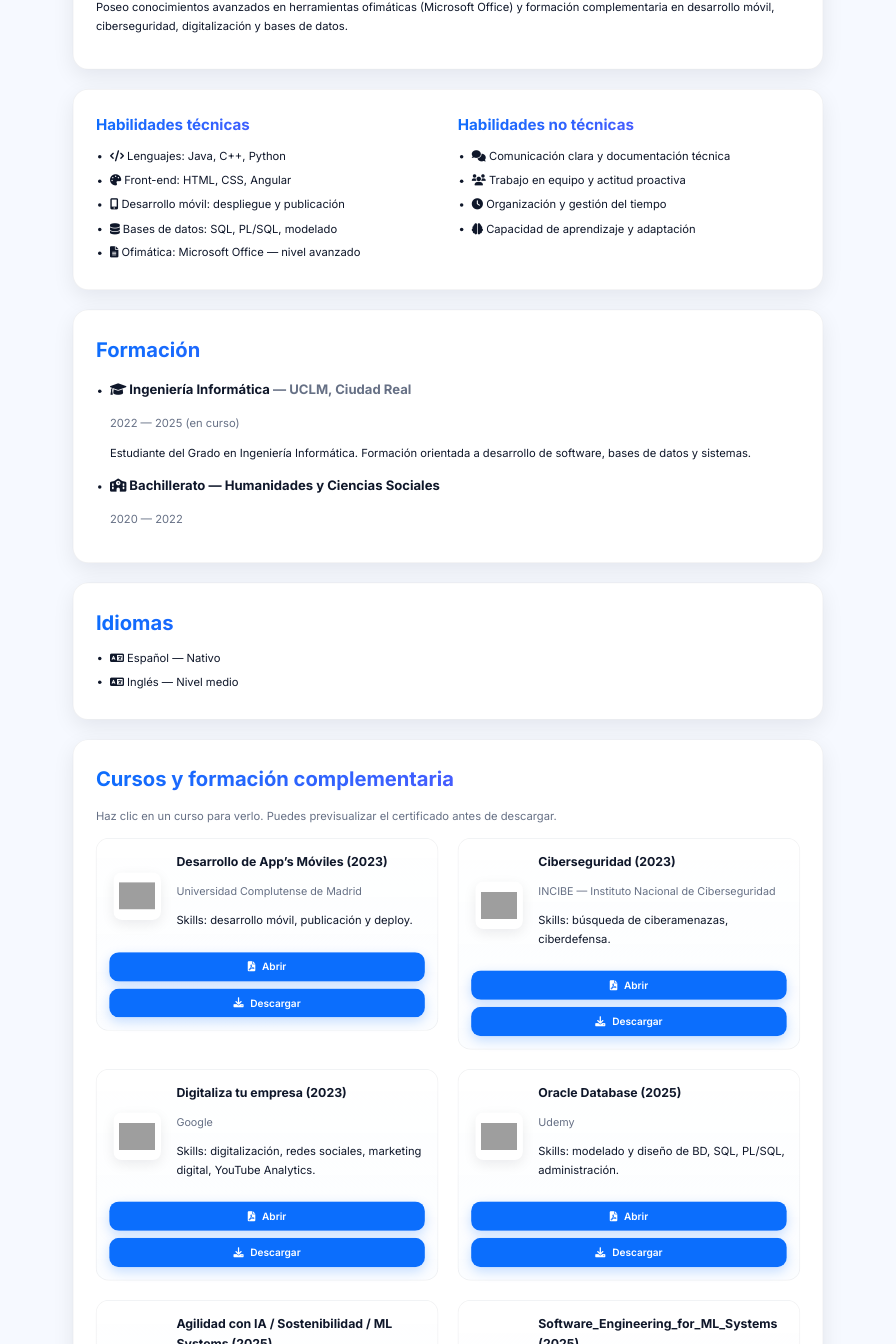
Repository: SantiagoSanchez-CeleminArevalo/Portfolio_SantiagoSanchez-CeleminArevalo
Page: docs/index.html
These files come from the project's save history. The page is drawn as it stood at one moment and after the next save; the edit follows.
The browser window is 1280 px wide. The pictures show the part of the page from y = 955 to 2875 px (the page is 4477 px tall before and 4677 px after), at 70% of full size.
Pictures or frames that could not be fetched are drawn as grey boxes.

Above is the page before, as saved 2025-12-05 13:13:10.
Console error: TypeError: Cannot read properties of null (reading 'classList')

After the next save:
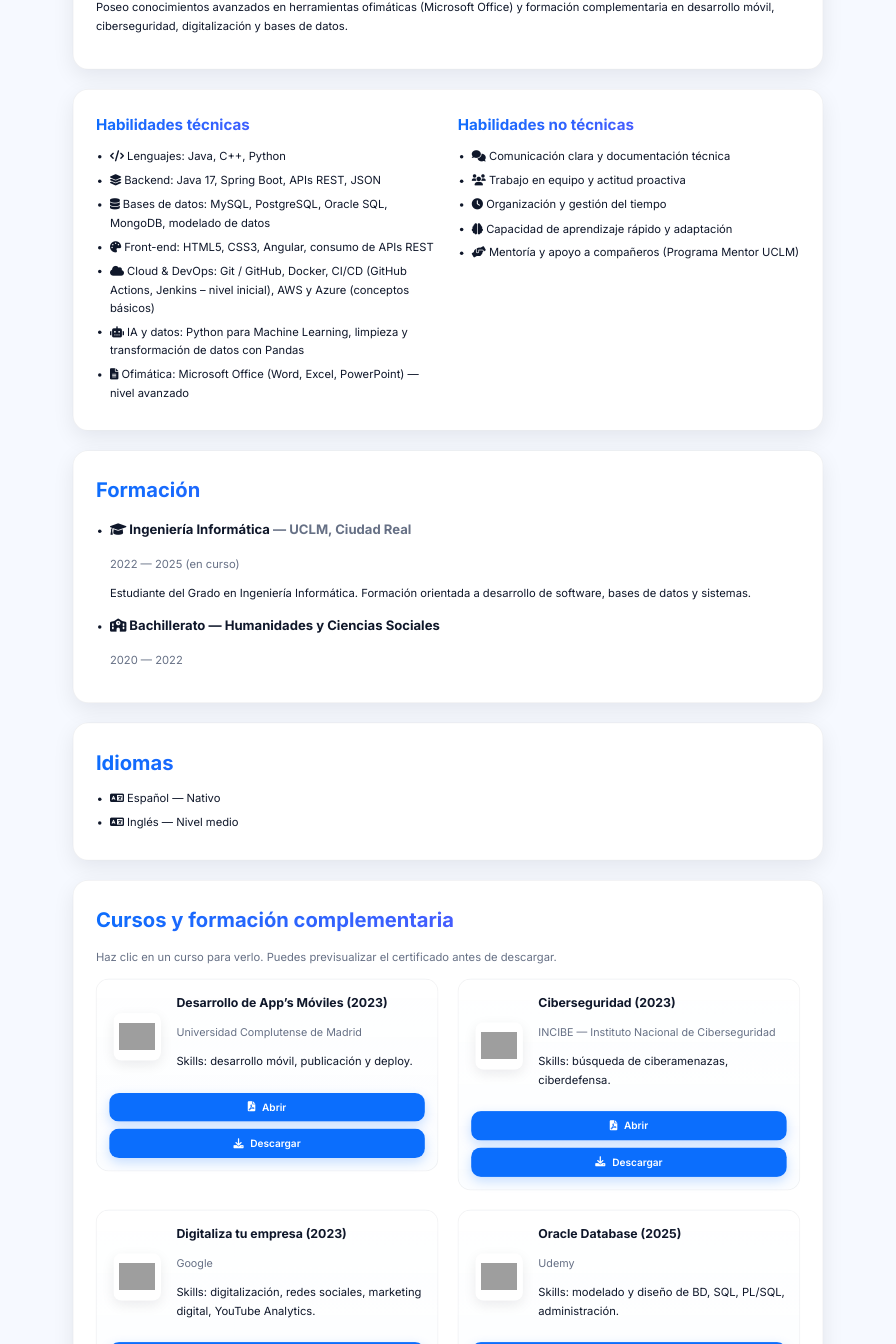
Saved 33 s later.
--- a/docs/index.html
+++ b/docs/index.html
@@ -87,26 +87,31 @@
     </section>
 
     <section id="habilidades" class="card two-column">
-      <div>
-        <h2>Habilidades técnicas</h2>
-        <ul>
-          <li><i class="fas fa-code"></i> Lenguajes: Java, C++, Python</li>
-          <li><i class="fas fa-palette"></i> Front-end: HTML, CSS, Angular</li>
-          <li><i class="fas fa-mobile-alt"></i> Desarrollo móvil: despliegue y publicación</li>
-          <li><i class="fas fa-database"></i> Bases de datos: SQL, PL/SQL, modelado</li>
-          <li><i class="fas fa-file-alt"></i> Ofimática: Microsoft Office — nivel avanzado</li>
-        </ul>
-      </div>
-      <div>
-        <h2>Habilidades no técnicas</h2>
-        <ul>
-          <li><i class="fas fa-comments"></i> Comunicación clara y documentación técnica</li>
-          <li><i class="fas fa-users"></i> Trabajo en equipo y actitud proactiva</li>
-          <li><i class="fas fa-clock"></i> Organización y gestión del tiempo</li>
-          <li><i class="fas fa-brain"></i> Capacidad de aprendizaje y adaptación</li>
-        </ul>
-      </div>
-    </section>
+  <div>
+    <h2>Habilidades técnicas</h2>
+    <ul>
+      <li><i class="fas fa-code"></i> Lenguajes: Java, C++, Python</li>
+      <li><i class="fas fa-layer-group"></i> Backend: Java 17, Spring Boot, APIs REST, JSON</li>
+      <li><i class="fas fa-database"></i> Bases de datos: MySQL, PostgreSQL, Oracle SQL, MongoDB, modelado de datos</li>
+      <li><i class="fas fa-palette"></i> Front-end: HTML5, CSS3, Angular, consumo de APIs REST</li>
+      <li><i class="fas fa-cloud"></i> Cloud & DevOps: Git / GitHub, Docker, CI/CD (GitHub Actions, Jenkins – nivel inicial), AWS y Azure (conceptos básicos)</li>
+      <li><i class="fas fa-robot"></i> IA y datos: Python para Machine Learning, limpieza y transformación de datos con Pandas</li>
+      <li><i class="fas fa-file-alt"></i> Ofimática: Microsoft Office (Word, Excel, PowerPoint) — nivel avanzado</li>
+    </ul>
+  </div>
+
+  <div>
+    <h2>Habilidades no técnicas</h2>
+    <ul>
+      <li><i class="fas fa-comments"></i> Comunicación clara y documentación técnica</li>
+      <li><i class="fas fa-users"></i> Trabajo en equipo y actitud proactiva</li>
+      <li><i class="fas fa-clock"></i> Organización y gestión del tiempo</li>
+      <li><i class="fas fa-brain"></i> Capacidad de aprendizaje rápido y adaptación</li>
+      <li><i class="fas fa-hands-helping"></i> Mentoría y apoyo a compañeros (Programa Mentor UCLM)</li>
+    </ul>
+  </div>
+</section>
+
 
     <section id="formacion" class="card">
       <h2>Formación</h2>
